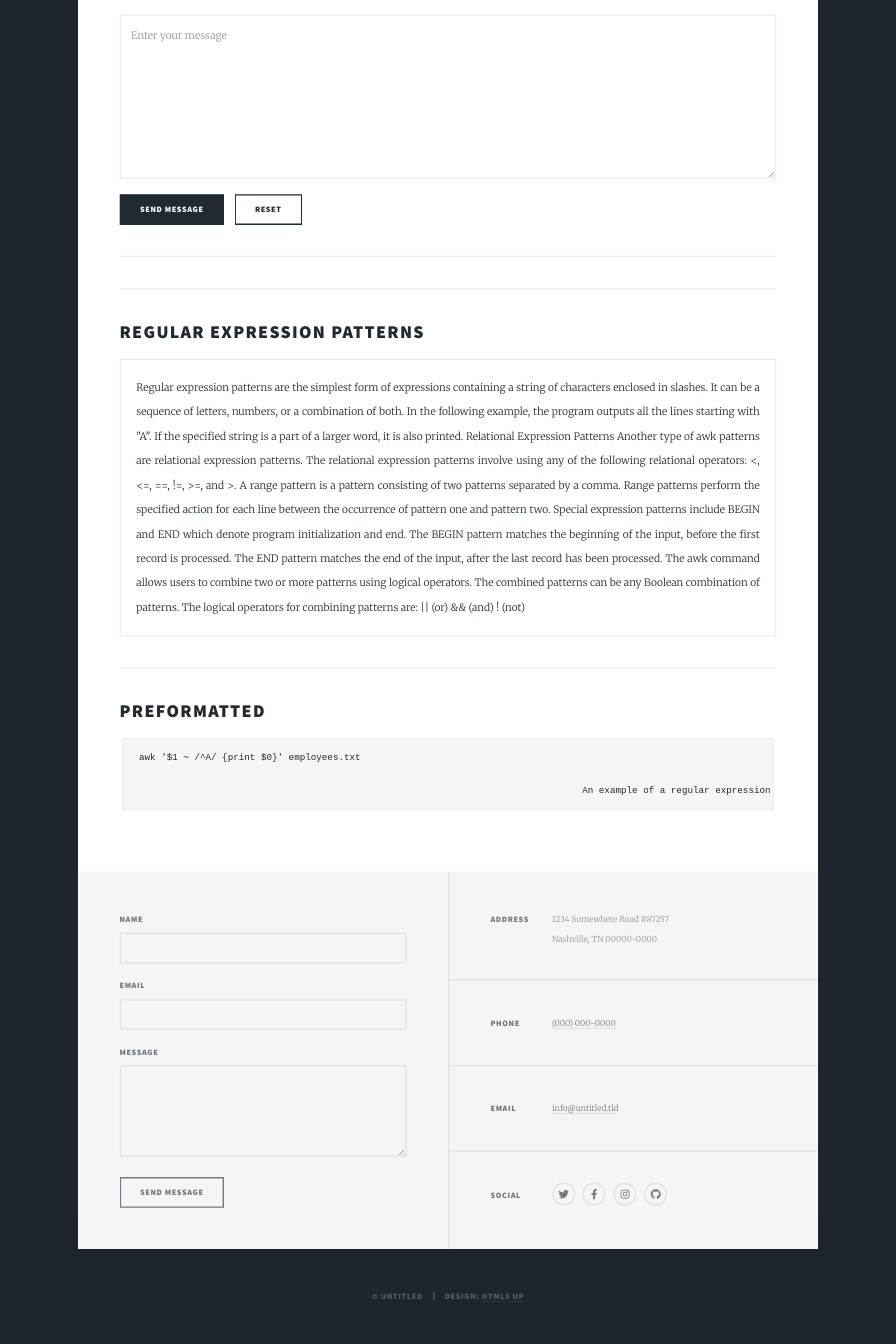
Repository: enlilsudo/Orlando-Portfolio
Page: elements.html
The author's editor kept a copy of each file at every save. The page is drawn from the files as they stood at one save, then again after the next save.
The browser window is 1280 px wide. The pictures show the part of the page from y = 3638 to 5558 px (the page is 5558 px tall), at 70% of full size.

Above is the page before, as saved 2023-02-21 07:55:18.

### elements.html
<!DOCTYPE HTML>
<!--
	Massively by HTML5 UP
	html5up.net | @ajlkn
	Free for personal and commercial use under the CCA 3.0 license (html5up.net/license)
-->
<html>
	<head>
		<title>Elements Reference - Massively by HTML5 UP</title>
		<meta charset="utf-8" />
		<meta name="viewport" content="width=device-width, initial-scale=1, user-scalable=no" />
		<link rel="stylesheet" href="assets/css/main.css" />
		<noscript><link rel="stylesheet" href="assets/css/noscript.css" /></noscript>
	</head>
	<body class="is-preload">

		<!-- Wrapper -->
			<div id="wrapper">

				<!-- Header -->
					<header id="header">
						<a href="index.html" class="logo">My Portfolio</a>
					</header>

				<!-- Nav -->
					<nav id="nav">
						<ul class="links">
							<li><a href="index.html">My Projects</a></li>
							<li><a href="generic.html">My Philosophy</a></li>
							<li class="active"><a href="elements.html">Elements of Reference</a></li>
						</ul>
						<ul class="icons">
							<li><a href="#" class="icon brands fa-twitter"><span class="label">Twitter</span></a></li>
							<li><a href="#" class="icon brands fa-facebook-f"><span class="label">Facebook</span></a></li>
							<li><a href="#" class="icon brands fa-instagram"><span class="label">Instagram</span></a></li>
							<li><a href="#" class="icon brands fa-github"><span class="label">GitHub</span></a></li>
						</ul>
					</nav>

				<!-- Main -->
					<div id="main">

						<!-- Post -->
							<section class="post">
								<header class="major">
									<h1>Automating<br />
									Tools</h1>
								</header>

								<!-- Text stuff -->
									<h2>Sphinx</h2>
									<p>Sphinx is a site generator it uses reStructuredText
									Markup language by default, and can read MySt Markdown via third-party
									extensions, it is powerful and easy to use code: <code>{sphinx-quickstart docs}</code>.
									Finally, this is a <a href="https://www.sphinx-doc.org/en/master/#get-started">link to the project</a>.</p>
									<hr />
									<h2>Hugo</h2>
									<p>Hugo gives us a framework for building a fast, organized content site using many of the skills
										 you already have. You define your layouts in HTML and your content in Markdown.
										Hugo has built-in support for tagging, categorization, related content, multiple output formats, image optimization, and asset handling code: <code>{hugo new site portfolio}</code>.
										To find ut more, this is a <a href="https://gohugo.io/">link to the project</a>.</p>
									<h2>Jekyll</h2>
									<p>Jekyll is a static site generator. It takes text written in your favorite markup language and uses layouts to create a static website.
										You can tweak the site’s look and feel, URLs, the data displayed on the page, and more. code: <code>{jekyll build ./_site}</code>.
										To learn more, this is a <a href="https://jekyllrb.com/">link to the project</a>.</p>
									<h2>Storybook and React</h2>
									<p>Storybook is a frontend workshop for building UI components and pages in isolation. Thousands of teams use it for UI development, testing, and documentation.
										It’s open source and free. Once inside your React project, code: <code>{npx storybook init}</code>.
										Finally, this is a <a href="https://storybook.js.org/">link to the project</a>.</p>
									<h2>Chromatic</h2>
									<p>Chromatic automates gathering UI feedback, visual testing, and documentation, so developers can iterate faster with less manual work.
										Maintain a documented, versioned, and searchable library for your components. Chromatic helps teammates discover your work to reuse.
										Reference Chromatic’s library inside your local Storybook or on the website. To learn more about chromatic click here: <a href="https://www.chromatic.com/docs/"> in this link</a>
									</p>
									<h2>GitBook</h2>
									<p>API references, code guidelines, product overviews and everything in between.
										GitBook helps you help your users with easy-to-publish, intuitive to use, highly searchable docs.
										The good thing about GitBook is that it offers integration through GitHub and GitLabs.To find out more click in this <a href="https://www.gitbook.com/">link to the project</a></p>
									<hr />
									<header>
										<h2>Full Stack Development</h2>
										<p>At the end of the day, it's the user navigating the front-end who determines how the software application measures up.
											And yet the back-end makes sure that nothing falls apart in the process.
											Essentially, back-end and front-end development work together to deliver the best of both worlds.
											In that sense, full stack development defines the combination of client-side and server-side development.</p>
									</header>
									<p>Most types of software development need to approach their project keeping in mind that full stack development is the goal.
										Usually, this means looking for specialized developers for front-end and back-end development. Developers on either end tend to know several technologies that are practical for their area of expertise.
										There are also full stack developers who know the ins and outs of front-end and back-end development.
										Hiring full stack developers can make for more comprehensive software development overall. It can also reduce hiring costs. </p>
									<header>
										<h2>Data analysis with Pandas</h2>
										<p>Whether you are building complex Machine Learning models or you just want to organize your monthly budget in an Excel spreadsheet, you must know how to manipulate and analyze your data.
											While many tools can get the job done, today we're going to talk about one of the most used and beginner-friendly of them all, <a href="https://pandas.pydata.org/">link to the project</a> Pandas.</p>
									</header>
									<p>Pandas is an open-source Python library designed to deal with data analysis and data manipulation.
										Citing the official website, <a href="https://pandas.pydata.org/">link to the project</a>

									</p>
									<header>
										<h2>AWK - Text Processing Programming Language</h2>
										<p>Awk is a scripting language used for manipulating data and generating reports. The awk command programming language requires no compiling and allows the user to use variables, numeric functions, string functions, and logical operators.
											Awk is a utility that enables a programmer to write tiny but effective programs in the form of statements that define text patterns that are to be searched for in each line of a document and the action that is to be taken when a match is found within a line.
											Awk is mostly used for pattern scanning and processing. It searches one or more files to see if they contain lines that matches with the specified patterns and then perform the associated actions.
											Awk is abbreviated from the names of the developers – Aho, Weinberger, and Kernighan.<a href="https://www.tutorialspoint.com/awk/index.htm">link to the project</a> </p>
									</header>
									<p>1. AWK Operations:
										(a) Scans a file line by line
										(b) Splits each input line into fields
										(c) Compares input line/fields to pattern
										(d) Performs action(s) on matched lines

										2. Useful For:
										(a) Transform data files
										(b) Produce formatted reports

										3. Programming Constructs:
										(a) Format output lines
										(b) Arithmetic and string operations
										(c) Conditionals and loops </p>

									<hr />

									<table>
										<tr>
										  <th>AWK Operations</th>
										  <th>AWK Statements</th>
										  <th>AWK Patterns
										</th>
										</tr>
										<tr>
										  <td>Scan a file line by line</td>
										  <td>if-else, while, for, break</td>
										  <td>Regular expressions.</td>
										</tr>
										<tr>
										  <td>Split the input line/file into fields</td>
										  <td>works by evaluating the condition</td>
										  <td>Arithmetic relational expressions.</td>
										</tr>
									  </table>



									<hr />

								<!-- Blockquote -->
									<h2>Blockquote</h2>
									<blockquote>“The saddest aspect of life right now is that science gathers knowledge faster than society gathers wisdom.”
										― Isaac Asimov</blockquote>

									<hr />

								<!-- Form -->
									<h2>Form</h2>

									<form method="post" action="#">
										<div class="row gtr-uniform">
											<div class="col-6 col-12-xsmall">
												<input type="text" name="demo-name" id="demo-name" value="" placeholder="Name" />
											</div>
											<div class="col-6 col-12-xsmall">
												<input type="email" name="demo-email" id="demo-email" value="" placeholder="Email" />
											</div>
											<!-- Break -->
											<div class="col-12">
												<select name="demo-category" id="demo-category">
													<option value="">- Category -</option>
													<option value="1">Manufacturing</option>
													<option value="1">Shipping</option>
													<option value="1">Administration</option>
													<option value="1">Human Resources</option>
												</select>
											</div>
											<!-- Break -->
											<div class="col-4 col-12-small">
												<input type="radio" id="demo-priority-low" name="demo-priority" checked>
												<label for="demo-priority-low">Low</label>
											</div>
											<div class="col-4 col-12-small">
												<input type="radio" id="demo-priority-normal" name="demo-priority">
												<label for="demo-priority-normal">Normal</label>
											</div>
											<div class="col-4 col-12-small">
												<input type="radio" id="demo-priority-high" name="demo-priority">
												<label for="demo-priority-high">High</label>
											</div>
											<!-- Break -->
											<div class="col-6 col-12-small">
												<input type="checkbox" id="demo-copy" name="demo-copy">
												<label for="demo-copy">Email me a copy</label>
											</div>
											<div class="col-6 col-12-small">
												<input type="checkbox" id="demo-human" name="demo-human" checked>
												<label for="demo-human">I am a human</label>
											</div>
											<!-- Break -->
											<div class="col-12">
												<textarea name="demo-message" id="demo-message" placeholder="Enter your message" rows="6"></textarea>
											</div>
											<!-- Break -->
											<div class="col-12">
												<ul class="actions">
													<li><input type="submit" value="Send Message" class="primary" /></li>
													<li><input type="reset" value="Reset" /></li>
												</ul>
											</div>
										</div>
									</form>

									<hr />

								<!-- Image -->

									<hr />

								<!-- Box -->
									<h2>Regular Expression Patterns
									</h2>
									<div class="box">
										<p>Regular expression patterns are the simplest form of expressions containing a string of characters enclosed in slashes. It can be a sequence of letters, numbers, or a combination of both.
											In the following example, the program outputs all the lines starting with "A". If the specified string is a part of a larger word, it is also printed.											Relational Expression Patterns
											Another type of awk patterns are relational expression patterns. The relational expression patterns involve using any of the following relational operators: <, <=, ==, !=, >=, and >.
											A range pattern is a pattern consisting of two patterns separated by a comma. Range patterns perform the specified action for each line between the occurrence of pattern one and pattern two.
											Special expression patterns include BEGIN and END which denote program initialization and end. The BEGIN pattern matches the beginning of the input, before the first record is processed. The END pattern matches the end of the input, after the last record has been processed.
											The awk command allows users to combine two or more patterns using logical operators. The combined patterns can be any Boolean combination of patterns. The logical operators for combining patterns are:

											|| (or)
											&& (and)
											! (not)</p>
									</div>

									<hr />

								<!-- Preformatted Code -->
									<h2>Preformatted</h2>
									<pre><code>awk '$1 ~ /^A/ {print $0}' employees.txt

										An example of a regular expression pattern.
</code></pre>


							</section>

					</div>

				<!-- Footer -->
					<footer id="footer">
						<section>
							<form method="post" action="#">
								<div class="fields">
									<div class="field">
										<label for="name">Name</label>
										<input type="text" name="name" id="name" />
									</div>
									<div class="field">
										<label for="email">Email</label>
										<input type="text" name="email" id="email" />
									</div>
									<div class="field">
										<label for="message">Message</label>
										<textarea name="message" id="message" rows="3"></textarea>
									</div>
								</div>
								<ul class="actions">
									<li><input type="submit" value="Send Message" /></li>
								</ul>
							</form>
						</section>
						<section class="split contact">
							<section class="alt">
								<h3>Address</h3>
								<p>1234 Somewhere Road #87257<br />
								Nashville, TN 00000-0000</p>
							</section>
							<section>
								<h3>Phone</h3>
								<p><a href="#">(000) 000-0000</a></p>
							</section>
							<section>
								<h3>Email</h3>
								<p><a href="#">info@untitled.tld</a></p>
							</section>
							<section>
								<h3>Social</h3>
								<ul class="icons alt">
									<li><a href="#" class="icon brands alt fa-twitter"><span class="label">Twitter</span></a></li>
									<li><a href="#" class="icon brands alt fa-facebook-f"><span class="label">Facebook</span></a></li>
									<li><a href="#" class="icon brands alt fa-instagram"><span class="label">Instagram</span></a></li>
									<li><a href="#" class="icon brands alt fa-github"><span class="label">GitHub</span></a></li>
								</ul>
							</section>
						</section>
					</footer>

				<!-- Copyright -->
					<div id="copyright">
						<ul><li>&copy; Untitled</li><li>Design: <a href="https://html5up.net">HTML5 UP</a></li></ul>
					</div>

			</div>

		<!-- Scripts -->
			<script src="assets/js/jquery.min.js"></script>
			<script src="assets/js/jquery.scrollex.min.js"></script>
			<script src="assets/js/jquery.scrolly.min.js"></script>
			<script src="assets/js/browser.min.js"></script>
			<script src="assets/js/breakpoints.min.js"></script>
			<script src="assets/js/util.js"></script>
			<script src="assets/js/main.js"></script>

	</body>
</html>

Loaded but not shown: assets/js/jquery.min.js (library); assets/js/jquery.scrollex.min.js (common file); assets/js/jquery.scrolly.min.js (common file); assets/js/browser.min.js (common file); assets/js/breakpoints.min.js (common file); assets/css/fontawesome-all.min.css (library); assets/js/util.js (587 lines, source omitted); assets/js/main.js (258 lines, source omitted); assets/css/main.css (4689 lines, source omitted)

After the next save:
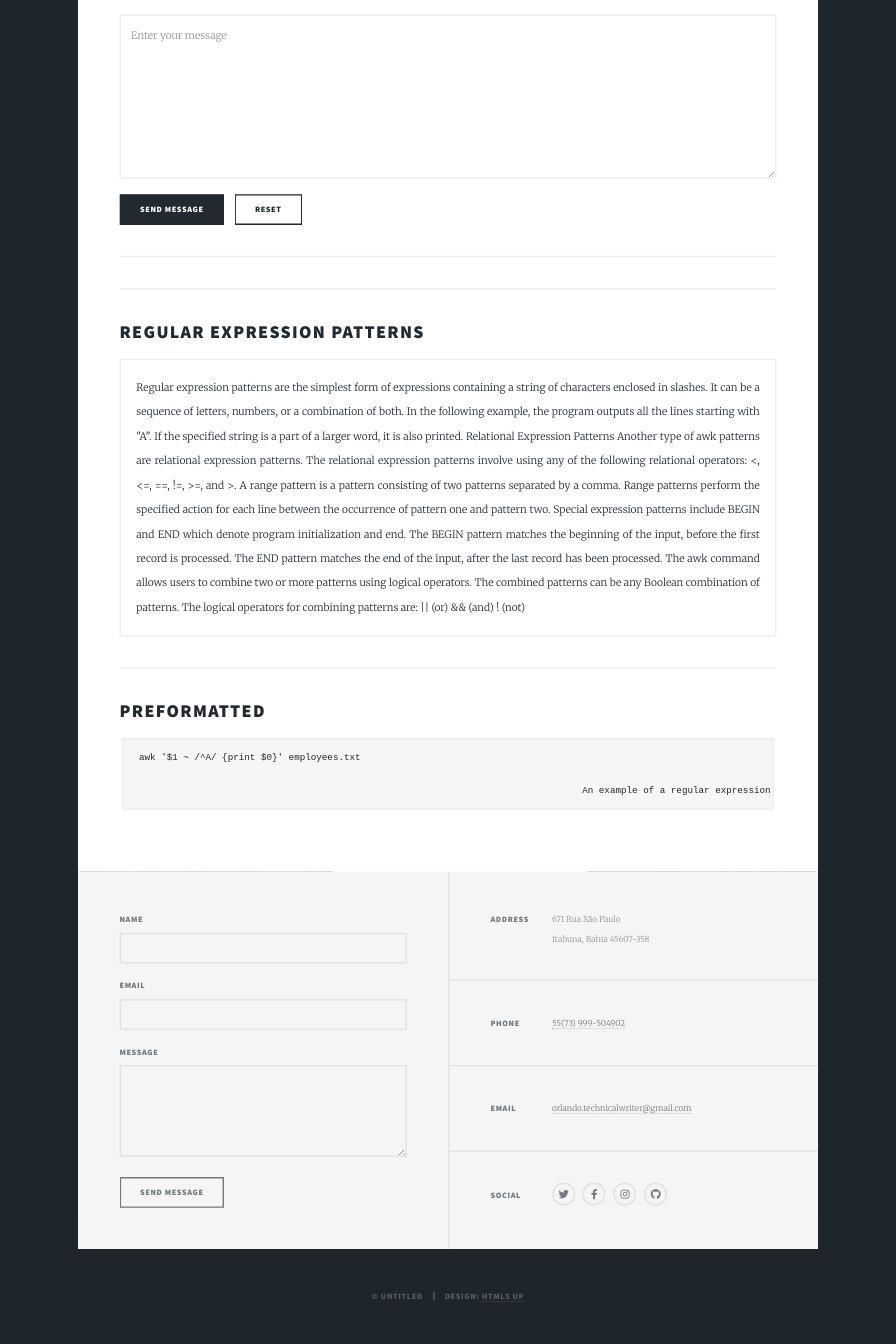
Saved 3 min 44 s later.
--- a/elements.html
+++ b/elements.html
@@ -270,16 +270,16 @@
 						<section class="split contact">
 							<section class="alt">
 								<h3>Address</h3>
-								<p>1234 Somewhere Road #87257<br />
-								Nashville, TN 00000-0000</p>
+								<p>671 Rua São Paulo<br />
+								Itabuna, Bahia 45607-358</p>
 							</section>
 							<section>
 								<h3>Phone</h3>
-								<p><a href="#">(000) 000-0000</a></p>
+								<p><a href="#">55(73) 999-504902</a></p>
 							</section>
 							<section>
 								<h3>Email</h3>
-								<p><a href="#">info@untitled.tld</a></p>
+								<p><a href="#">orlando.technicalwriter@gmail.com</a></p>
 							</section>
 							<section>
 								<h3>Social</h3>
